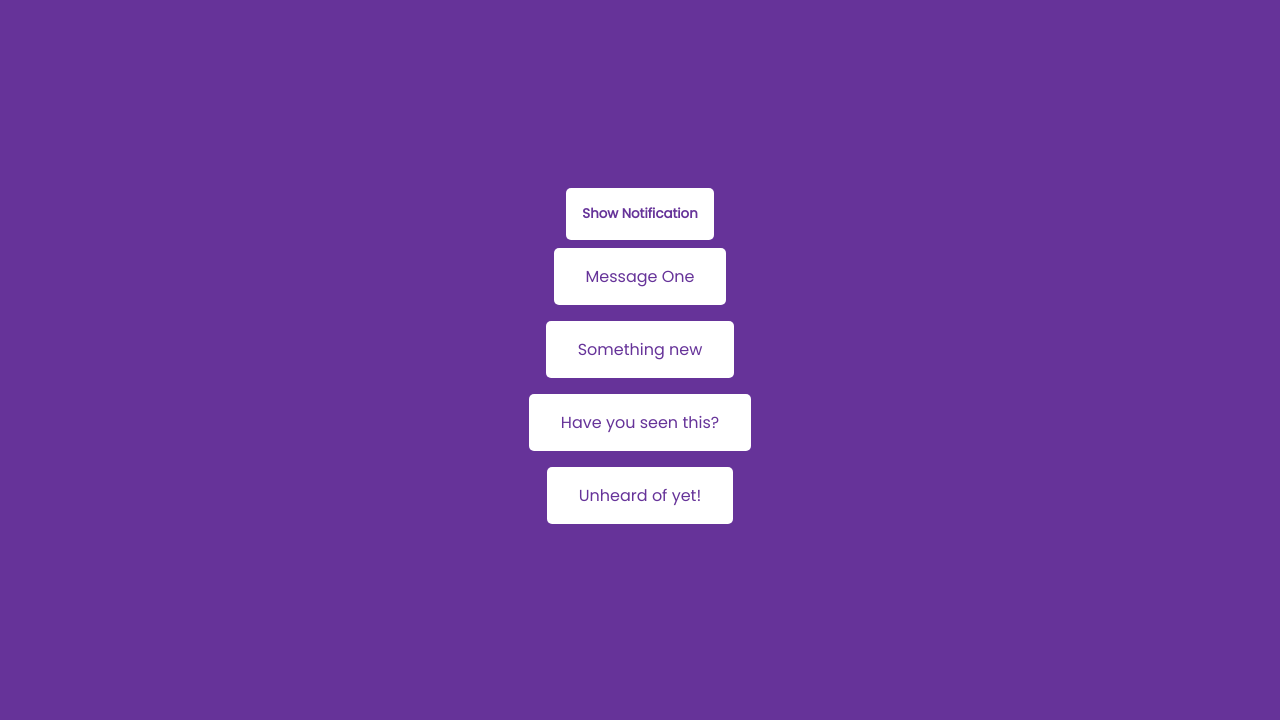
Repository: eagle-tex/50-projects-BT
Page: 27-toast-notification/index.html
The author's editor kept a copy of each file at every save. The page is drawn from the files as they stood at one save, then again after the next save.
The browser window is 1280 px wide. The pictures show the whole page.

Above is the page before, as saved 2021-01-19 22:19:28.

### 27-toast-notification/index.html
<!DOCTYPE html>
<html lang="en">

<head>
  <meta charset="UTF-8" />
  <meta name="viewport" content="width=device-width, initial-scale=1.0" />
  <link rel="stylesheet" href="style.css" />
  <title>Toast Notification</title>
</head>

<body>
  <div id="toasts">
    <!-- <div class="toast">Hello World</div>
    <div class="toast">Toast Number 2</div> -->
  </div>

  <button class="btn" id="button">Show Notification</button>

  <script src="script.js"></script>
</body>

</html>

### 27-toast-notification/style.css
@import url('https://fonts.googleapis.com/css?family=Poppins:wght@200;400&display=swap');

* {
  box-sizing: border-box;
}

body {
  background-color: rebeccapurple;
  font-family: 'Poppins', sans-serif;
  display: flex;
  flex-direction: column;
  align-items: center;
  justify-content: center;
  height: 100vh;
  overflow: hidden;
  margin: 0;
}

.btn {
  background-color: #fff;
  color: rebeccapurple;
  font-family: inherit;
  font-weight: bold;
  padding: 1rem;
  border-radius: 5px;
  -webkit-border-radius: 5px;
  -moz-border-radius: 5px;
  -ms-border-radius: 5px;
  -o-border-radius: 5px;
  border: none;
  cursor: pointer;
}

.btn:focus {
  outline: none;
}

.btn:active {
  transform: scale(0.98);
  -webkit-transform: scale(0.98);
  -moz-transform: scale(0.98);
  -ms-transform: scale(0.98);
  -o-transform: scale(0.98);
}

#toasts {
  position: fixed;
  bottom: 10px;
  right: 10px;
  display: flex;
  flex-direction: column;
  align-items: flex-end;
}

.toast {
  background-color: #fff;
  color: rebeccapurple;
  border-radius: 5px;
  -webkit-border-radius: 5px;
  -moz-border-radius: 5px;
  -ms-border-radius: 5px;
  -o-border-radius: 5px;
  padding: 1rem 2rem;
  margin: 0.5rem;
}

### 27-toast-notification/script.js
const button = document.getElementById('button');
const toasts = document.getElementById('toasts');
const body = document.querySelector('body');

const messages = [
  'Message One',
  'Something new',
  'Have you seen this?',
  'Unheard of yet!',
];

function createNotification() {
  messages.forEach((message) => {
    const toast = document.createElement('div');
    toast.classList.add('toast');
    toast.innerText = message;
    toast.style.right = 10;
    toast.style.bottom = 10;
    body.appendChild(toast);
  });
}

button.addEventListener('click', createNotification());

After the next save:
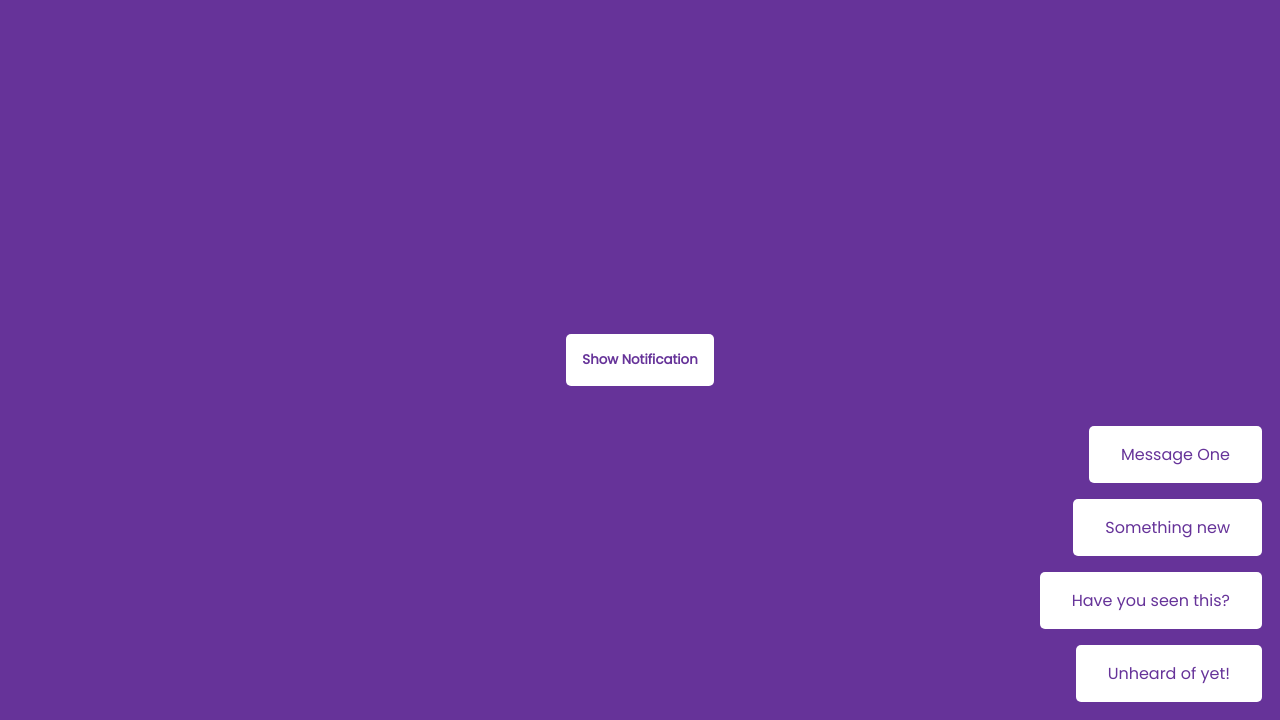
Saved 2 min 16 s later.
--- a/27-toast-notification/script.js
+++ b/27-toast-notification/script.js
@@ -16,7 +16,7 @@ function createNotification() {
     toast.innerText = message;
     toast.style.right = 10;
     toast.style.bottom = 10;
-    body.appendChild(toast);
+    toasts.appendChild(toast);
   });
 }
 
